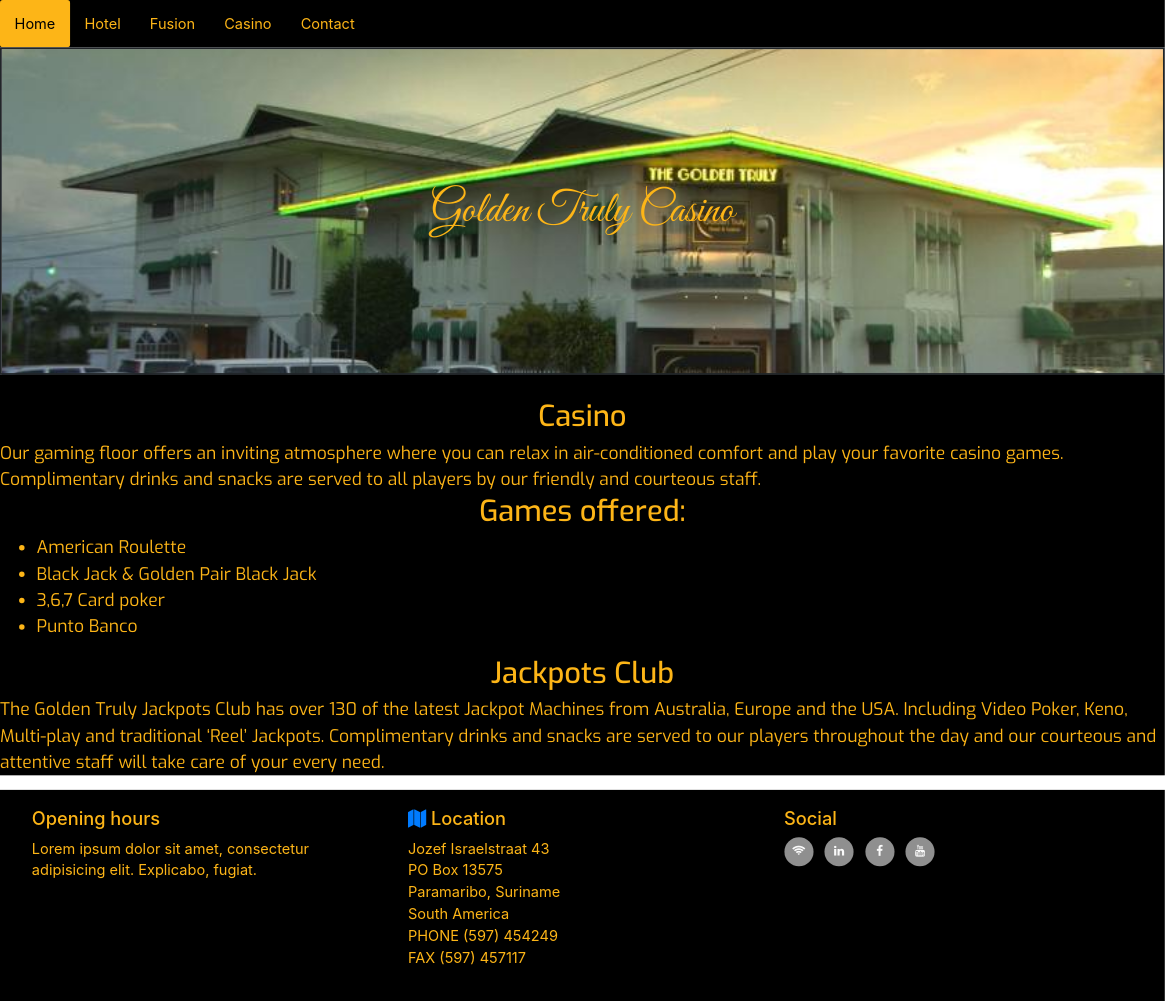
Repository: Code-Institute-Submissions/anthonycaf-Milestone1
Page: casino.html
The author's editor kept a record of every edit. The page is drawn from the files as they stood at one moment, then again after the next edit.
The browser window is 1280 px wide. The pictures show the whole page, at 91% of full size.

Above is the page before.

After the next edit:
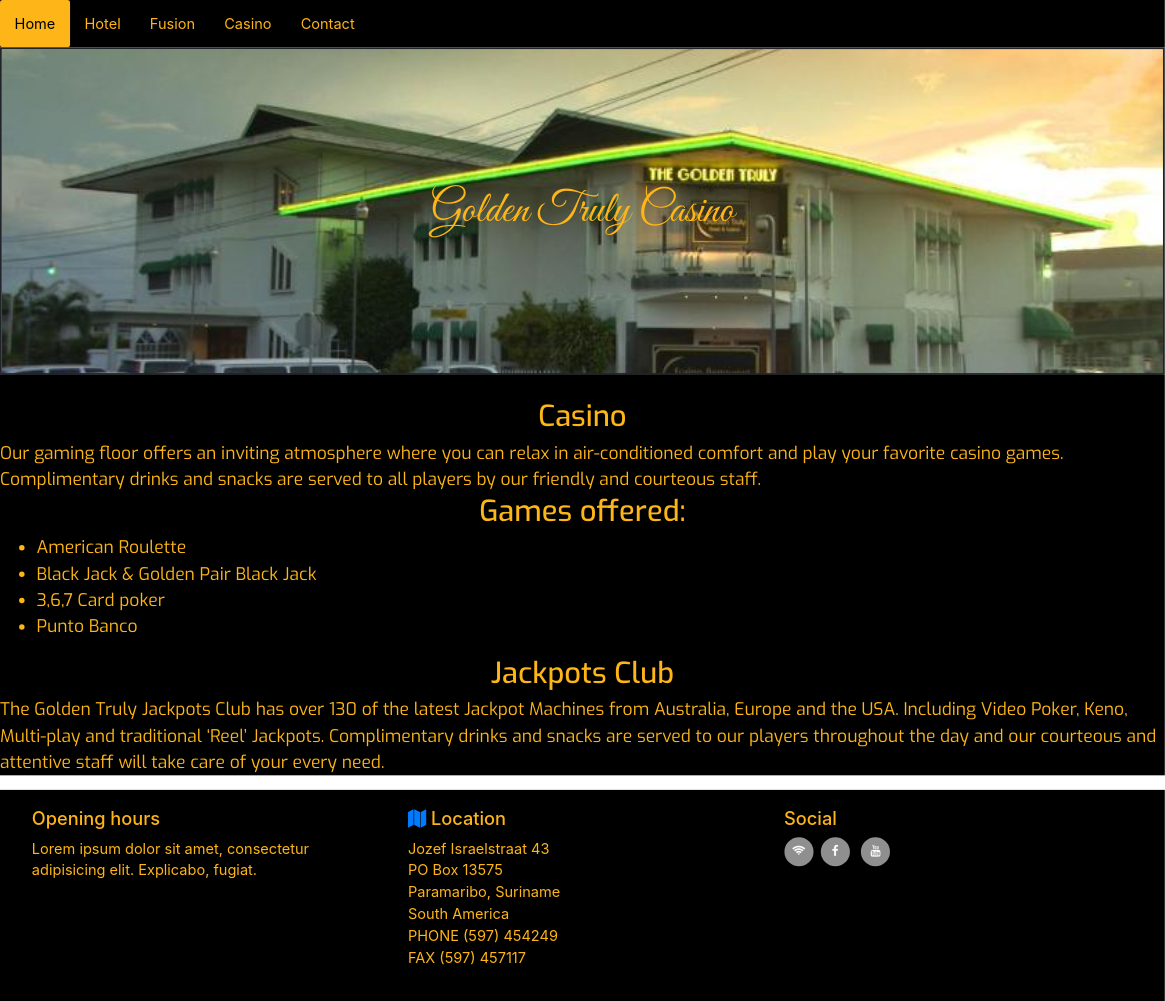
The edit:
--- a/casino.html
+++ b/casino.html
@@ -71,16 +71,8 @@
                         <a href="#" target="_blank">
           <i class="fa fa-wifi" aria-hidden="true"></i>
           <span class="sr-only">wifi</span>
-         </a>
-                    </li>
-                    <li class="list-inline-item">
-                        <a href="#" target="_blank">
-          <i class="fa fa-linkedin" aria-hidden="true"></i>
-          <span class="sr-only">Linkedin</span>
-         </a>
-                    </li>
 
-                    <li class="list-inline-item">
+            <li class="list-inline-item">
                         <a href="#" target="_blank">
           <i class="fa fa-facebook" aria-hidden="true"></i>
           <span class="sr-only">facebook</span>
